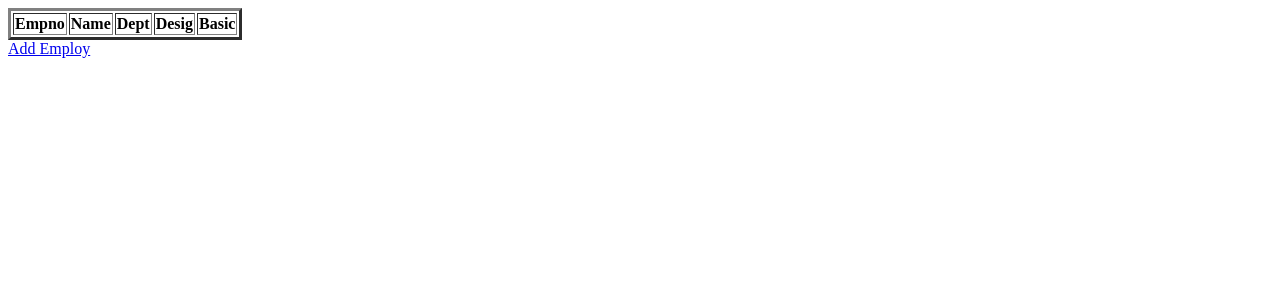
Repository: bspr147/hcl-codes
Page: http://localhost/EmployCrud/EmployShow.jsp
An editor plug-in stored every save of this project. The page is shown before and after the next save, followed by the edit.
The browser window is 1280 px wide. The pictures show the whole page.
The page is served by Tomcat 9. Queries for data that is not in the repository find no rows.

Above is the page before, as saved 2019-08-21 07:08:46.

After the next save:
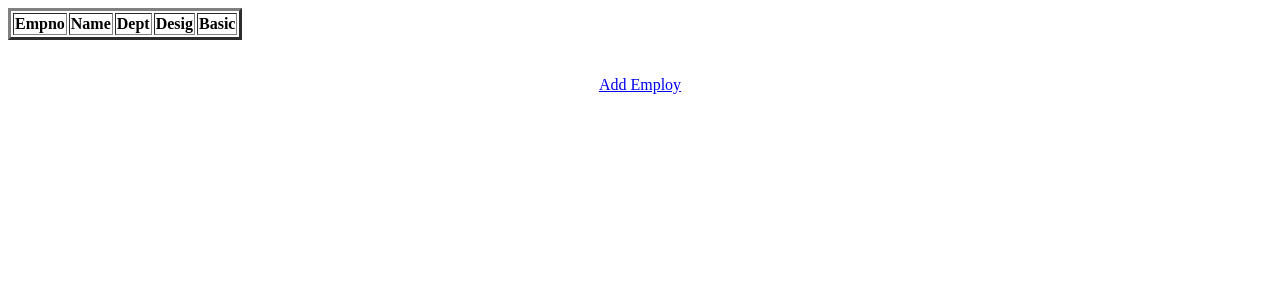
Saved 18 s later.
--- a/HCL Files/Day17/EmployCrud/WebContent/EmployShow.jsp
+++ b/HCL Files/Day17/EmployCrud/WebContent/EmployShow.jsp
@@ -36,7 +36,9 @@
 	<%
 		}
 	%>
-</table>
+</table> <br/><br/>
+<center>
 <a href="AddEmploy.jsp">Add Employ</a>
+</center>
 </body>
 </html>
